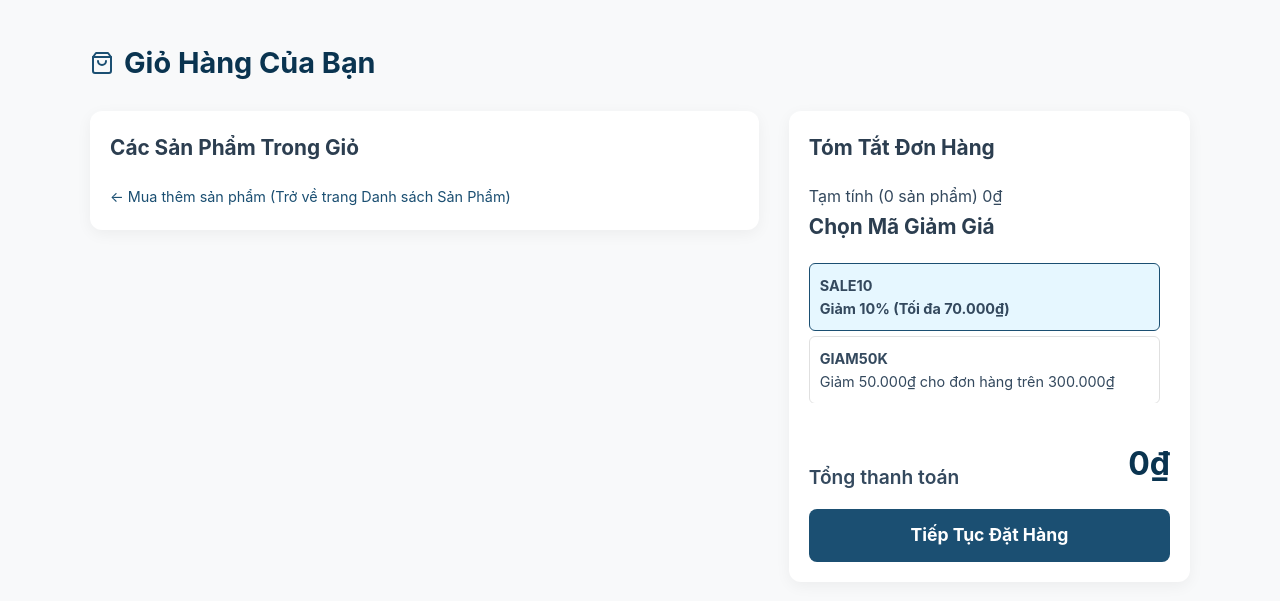
Repository: binhphanbp/ECMAScript_WEB501_WD20301
Page: Lab/Lab4/Lab444/cart.html
An editor plug-in stored every save of this project. The page is shown before and after the next save, followed by the edit.
The browser window is 1280 px wide. The pictures show the whole page.

Above is the page before, as saved 2025-09-30 09:59:20.

After the next save:
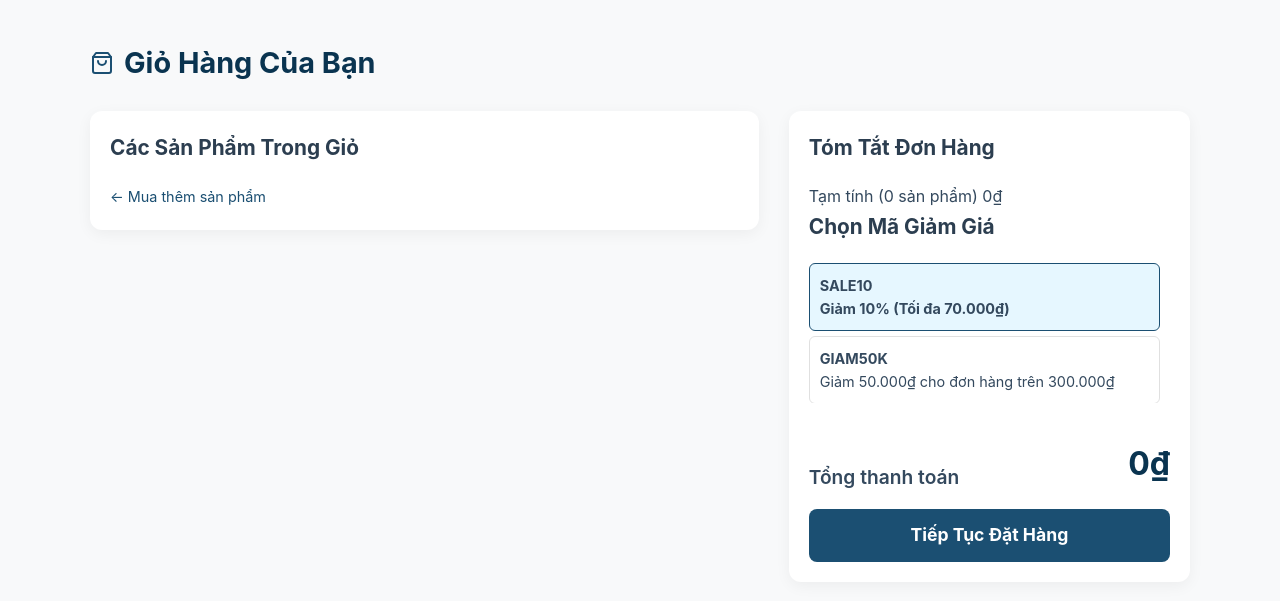
Saved 49 s later.
--- a/Lab/Lab4/Lab444/cart.html
+++ b/Lab/Lab4/Lab444/cart.html
@@ -33,11 +33,11 @@
           <div id="cart-items-list" class="cart-items-list"></div>
 
           <a
-            href="index.html"
+            href="products.html"
             class="change-address-btn"
             style="margin-top: 20px"
           >
-            ← Mua thêm sản phẩm (Trở về trang Danh sách Sản Phẩm)
+            ← Mua thêm sản phẩm
           </a>
         </section>
 
@@ -52,25 +52,28 @@
 
           <h2>Chọn Mã Giảm Giá</h2>
           <div class="voucher-list">
-            <div class="voucher-item active" data-code="SALE10">
+            <div
+              class="voucher-item active"
+              data-code="SALE10"
+              onclick="selectVoucher(this)"
+            >
               <strong>SALE10</strong><br />Giảm 10% (Tối đa 70.000₫)
             </div>
-            <div class="voucher-item" data-code="GIAM50K">
+            <div
+              class="voucher-item"
+              data-code="GIAM50K"
+              onclick="selectVoucher(this)"
+            >
               <strong>GIAM50K</strong><br />Giảm 50.000₫ cho đơn hàng trên
               300.000₫
             </div>
-            <div class="voucher-item" data-code="FREESHIP">
+            <div
+              class="voucher-item"
+              data-code="FREESHIP"
+              onclick="selectVoucher(this)"
+            >
               <strong>FREESHIP</strong><br />Miễn phí vận chuyển cho mọi đơn
               hàng
-            </div>
-            <div class="voucher-item" data-code="WELCOME">
-              <strong>WELCOME</strong><br />Giảm 15% cho khách hàng mới
-            </div>
-            <div class="voucher-item" data-code="HAPPYDAY">
-              <strong>HAPPYDAY</strong><br />Giảm 30.000₫ cho đơn trên 500.000₫
-            </div>
-            <div class="voucher-item" data-code="EXTRA10">
-              <strong>EXTRA10</strong><br />Giảm thêm 10.000₫
             </div>
           </div>
 
@@ -79,7 +82,11 @@
             <h3 id="grand-total">0₫</h3>
           </div>
 
-          <a href="checkout.html" class="btn btn-primary">
+          <a
+            href="checkout.html"
+            class="btn btn-primary"
+            id="go-to-checkout-btn"
+          >
             Tiếp Tục Đặt Hàng
           </a>
         </section>
